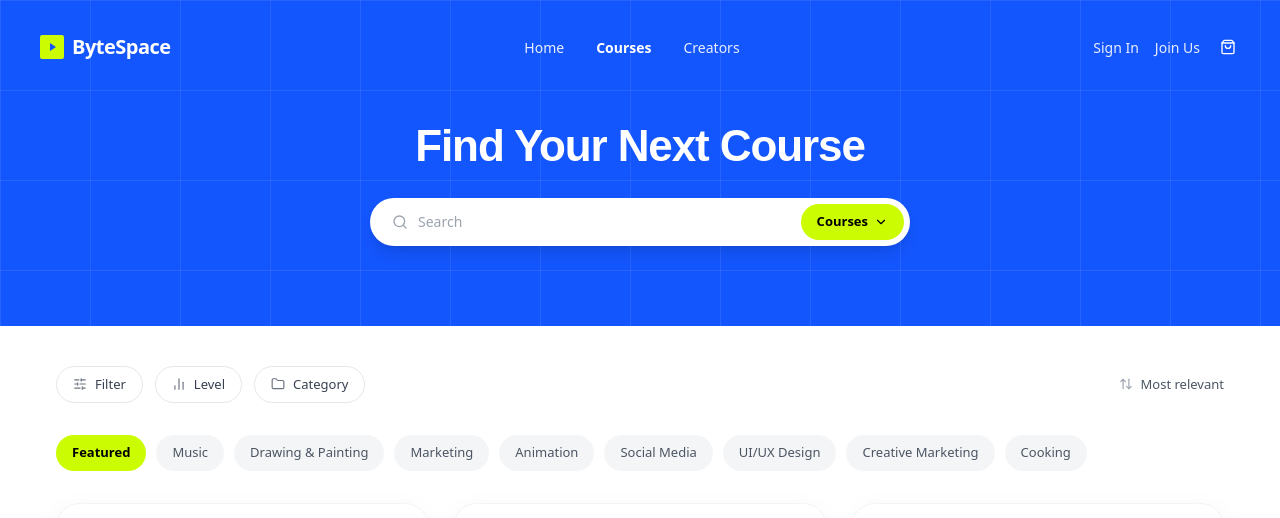
Repository: mdkawsarjomadder/bytespace
Page: /search
The author's editor kept a copy of each file at every save. The page is drawn from the files as they stood at one save, then again after the next save.
The browser window is 1280 px wide. The pictures show the part of the page from y = 0 to 518 px (the page is 2718 px tall before and 2716 px after).
Pictures or frames that could not be fetched are drawn as grey boxes. Some web fonts or font styles are not loaded; a fallback is used. The project was rebuilt for these pictures with package versions that can differ from the ones it lists, and the page was loaded fresh each time. Also part of the build but not shown: vite.config.js, src/components/Navbar.jsx, src/components/Hero.jsx, src/components/CategoryPills.jsx, src/components/CourseGrid.jsx, src/components/LearningPaths.jsx, src/components/GrowthStats.jsx, src/components/CreatorCTA.jsx and 9 more.

Above is the page before, as saved 2026-09-30 16:21:49.

### index.html
<!doctype html>
<html lang="en">
  <head>
    <meta charset="UTF-8" />
    <link rel="icon" type="image/svg+xml" href="/favicon.svg" />
    <meta name="viewport" content="width=device-width, initial-scale=1.0" />
    <title>bytespace</title>
  </head>
  <body>
    <div id="root"></div>
    <script type="module" src="/src/main.jsx"></script>
    <link href="https://api.fontshare.com/v2/css?f[]=satoshi@400,500,700&display=swap" rel="stylesheet">
  </body>
</html>

### src/App.jsx
import React from 'react';
import { BrowserRouter, Routes, Route } from 'react-router-dom';

// Landing Page Components
import Navbar from './components/Navbar';
import Hero from './components/Hero';
import CategoryPills from './components/CategoryPills';
import CourseGrid from './components/CourseGrid';
import LearningPaths from './components/LearningPaths';
import GrowthStats from './components/GrowthStats';
import CreatorCTA from './components/CreatorCTA';
import UnlockCreatorBanner from './components/UnlockCreatorBanner';
import Testimonials from './components/Testimonials';
import Footer from './components/Footer';

// Auth Page
import Register from './auth/Register';
import Login from './auth/Login';

// Pages path
import SearchPage from './pages/SearchPage';
import CourseDetails from './pages/CourseDetails';
import CourseLessons from './pages/CourseLessons';
import CourseReviews from './pages/CourseReviews';
import CreatorProfile from './pages/CreatorProfile';

// Errors path
import NotFound from './Errors/NotFound';

// Full Landing Page Wrapper
const HomePage = () => (
  <div className="min-h-screen bg-white font-sans overflow-x-hidden selection:bg-[#CBFC01] selection:text-black">
    <Navbar />
    <Hero />
    <CategoryPills />
    <CourseGrid />
    <LearningPaths />
    <GrowthStats />
    <CreatorCTA />
    <UnlockCreatorBanner />
    <Testimonials />
    <Footer />
  </div>
);

function App() {
  return (
    <BrowserRouter>
      <Routes>
        {/* Main Landing Page Route */}
        <Route path="/" element={<HomePage />} />

        {/* Courses & Search Routes */}
        <Route path="/search" element={<SearchPage />} />
        <Route path="/courses" element={<CourseDetails />} />
        <Route path="/course-details" element={<CourseDetails />} />
        <Route path="/lessons" element={<CourseLessons />} />
        <Route path="/reviews" element={<CourseReviews />} />

        {/* Creator Routes (দুটিই হ্যান্ডেল করা হলো যাতে /creators বা /creator যেকোনোটি লিখলেই কাজ করে) */}
        <Route path="/creators" element={<CreatorProfile />} />
        <Route path="/creator" element={<CreatorProfile />} />
        <Route path="/creator-profile" element={<CreatorProfile />} />

        {/* Auth Routes */}
        <Route path="/register" element={<Register />} />
        <Route path="/login" element={<Login />} />

        {/* Errors / 404 Page (path="*" দিলে ভুল রুটেও ব্ল্যাঙ্ক পেজ আসবে না, 404 পেজ শো করবে) */}
        <Route path="/404" element={<NotFound />} />
        <Route path="*" element={<NotFound />} />
      </Routes>
    </BrowserRouter>
  );
}

export default App;

### src/pages/SearchPage.jsx
import React, { useState } from 'react';
import { Link } from 'react-router-dom';
import {
  Search,
  ChevronDown,
  SlidersHorizontal,
  BarChart2,
  Folder,
  ArrowUpDown,
  Star,
  ShoppingBag,
  ChevronLeft,
  ChevronRight
} from 'lucide-react';
import Footer from '../components/Footer';

const coursesData = [
  {
    id: 1,
    title: 'Learn Figma from Basic',
    creator: 'purepearl studio',
    rating: 4.5,
    lessons: '17 Lessons',
    duration: '2 hours 16 mins',
    comments: '59 Comments',
    level: 'Beginner',
    price: '$25',
    image: 'https://images.unsplash.com/photo-1581291518857-4e27b48ff24e?auto=format&fit=crop&w=500&q=80',
  },
  {
    id: 2,
    title: 'Build Digital Asset',
    creator: 'purepearl studio',
    rating: 4.5,
    lessons: '17 Lessons',
    duration: '2 hours 16 mins',
    comments: '59 Comments',
    level: 'Beginner',
    price: '$25',
    image: 'https://images.unsplash.com/photo-1507238691740-187a5b1d37b8?auto=format&fit=crop&w=500&q=80',
  },
  {
    id: 3,
    title: 'the Power of Big Data',
    creator: 'purepearl studio',
    rating: 4.5,
    lessons: '17 Lessons',
    duration: '2 hours 16 mins',
    comments: '59 Comments',
    level: 'Beginner',
    price: '$25',
    image: 'https://images.unsplash.com/photo-1551288049-bebda4e38f71?auto=format&fit=crop&w=500&q=80',
  },
  {
    id: 4,
    title: 'Balancing Productivity an...',
    creator: 'purepearl studio',
    rating: 4.5,
    lessons: '17 Lessons',
    duration: '2 hours 16 mins',
    comments: '59 Comments',
    level: 'Beginner',
    price: '$25',
    image: 'https://images.unsplash.com/photo-1498050108023-c5249f4df085?auto=format&fit=crop&w=500&q=80',
  },
  {
    id: 5,
    title: 'Mastering Money Manage...',
    creator: 'purepearl studio',
    rating: 4.5,
    lessons: '17 Lessons',
    duration: '2 hours 16 mins',
    comments: '59 Comments',
    level: 'Beginner',
    price: '$25',
    image: 'https://images.unsplash.com/photo-1554224155-6726b3ff858f?auto=format&fit=crop&w=500&q=80',
  },
  {
    id: 6,
    title: 'From Idea to Startup Succ...',
    creator: 'purepearl studio',
    rating: 4.5,
    lessons: '17 Lessons',
    duration: '2 hours 16 mins',
    comments: '59 Comments',
    level: 'Beginner',
    price: '$25',
    image: 'https://images.unsplash.com/photo-1522071820081-009f0129c71c?auto=format&fit=crop&w=500&q=80',
  },
  {
    id: 7,
    title: 'Learn Figma from Basic',
    creator: 'purepearl studio',
    rating: 4.5,
    lessons: '17 Lessons',
    duration: '2 hours 16 mins',
    comments: '59 Comments',
    level: 'Beginner',
    price: '$25',
    image: 'https://images.unsplash.com/photo-1581291518857-4e27b48ff24e?auto=format&fit=crop&w=500&q=80',
  },
  {
    id: 8,
    title: 'Build Digital Asset',
    creator: 'purepearl studio',
    rating: 4.5,
    lessons: '17 Lessons',
    duration: '2 hours 16 mins',
    comments: '59 Comments',
    level: 'Beginner',
    price: '$25',
    image: 'https://images.unsplash.com/photo-1507238691740-187a5b1d37b8?auto=format&fit=crop&w=500&q=80',
  },
  {
    id: 9,
    title: 'the Power of Big Data',
    creator: 'purepearl studio',
    rating: 4.5,
    lessons: '17 Lessons',
    duration: '2 hours 16 mins',
    comments: '59 Comments',
    level: 'Beginner',
    price: '$25',
    image: 'https://images.unsplash.com/photo-1551288049-bebda4e38f71?auto=format&fit=crop&w=500&q=80',
  },
  {
    id: 10,
    title: 'Balancing Productivity an...',
    creator: 'purepearl studio',
    rating: 4.5,
    lessons: '17 Lessons',
    duration: '2 hours 16 mins',
    comments: '59 Comments',
    level: 'Beginner',
    price: '$25',
    image: 'https://images.unsplash.com/photo-1498050108023-c5249f4df085?auto=format&fit=crop&w=500&q=80',
  },
  {
    id: 11,
    title: 'Mastering Money Manage...',
    creator: 'purepearl studio',
    rating: 4.5,
    lessons: '17 Lessons',
    duration: '2 hours 16 mins',
    comments: '59 Comments',
    level: 'Beginner',
    price: '$25',
    image: 'https://images.unsplash.com/photo-1554224155-6726b3ff858f?auto=format&fit=crop&w=500&q=80',
  },
  {
    id: 12,
    title: 'From Idea to Startup Succ...',
    creator: 'purepearl studio',
    rating: 4.5,
    lessons: '17 Lessons',
    duration: '2 hours 16 mins',
    comments: '59 Comments',
    level: 'Beginner',
    price: '$25',
    image: 'https://images.unsplash.com/photo-1522071820081-009f0129c71c?auto=format&fit=crop&w=500&q=80',
  },
];

const categoryPills = [
  'Featured',
  'Music',
  'Drawing & Painting',
  'Marketing',
  'Animation',
  'Social Media',
  'UI/UX Design',
  'Creative Marketing',
  'Cooking',
];

const SearchPage = () => {
  const [activeCategory, setActiveCategory] = useState('Featured');
  const [currentPage, setCurrentPage] = useState(2); // Figma-e '2' active ache

  return (
    <div className="min-h-screen bg-white font-sans overflow-x-hidden selection:bg-[#CBFC01] selection:text-black">

      {/* ================= 1. BLUE HEADER / HERO SECTION ================= */}
      <section className="relative w-full bg-[#1456fd] text-white pt-6 pb-20 px-4 sm:px-8 overflow-hidden">
        {/* Grid Overlay */}
        <div className="absolute inset-0 bg-[linear-gradient(to_right,#ffffff15_1px,transparent_1px),linear-gradient(to_bottom,#ffffff15_1px,transparent_1px)] bg-[size:90px_90px] pointer-events-none" />

        <div className="relative z-10 max-w-[1200px] mx-auto">
          {/* Top Navbar */}
          <nav className="flex items-center justify-between py-2">
            {/* Logo */}
            <Link to="/" className="flex items-center gap-2">
              <div className="w-6 h-6 bg-[#CBFC01] rounded-sm flex items-center justify-center">
                <div className="w-0 h-0 border-l-[6px] border-l-[#1456fd] border-y-[4px] border-y-transparent ml-0.5" />
              </div>
              <span className="text-[20px] font-bold tracking-tight text-white">
                ByteSpace
              </span>
            </Link>

            {/* Nav Links */}
            <div className="hidden md:flex items-center gap-8 text-[14px] text-white/90">
              <Link to="/" className="hover:text-white transition-colors">Home</Link>
              <Link to="/courses" className="text-white font-semibold">Courses</Link>
              <a href="#creators" className="hover:text-white transition-colors">Creators</a>
            </div>

            {/* Right Buttons */}
            <div className="flex items-center gap-4 text-[14px]">
              <Link to="/login" className="hover:text-white transition-colors text-white/90 font-medium">
                Sign In
              </Link>
              <Link to="/register" className="hover:text-white transition-colors text-white/90 font-medium">
                Join Us
              </Link>
              <button className="text-white hover:text-white/80 transition-colors p-1">
                <ShoppingBag className="w-4 h-4" />
              </button>
            </div>
          </nav>

          {/* Hero Content */}
          <div className="mt-14 text-center flex flex-col items-center">
            <h1 className="text-3xl sm:text-4xl md:text-[44px] font-bold text-white tracking-tight font-['Satoshi',sans-serif]">
              Find Your Next Course
            </h1>

            {/* Search Bar with Dropdown Pill */}
            <div className="mt-8 w-full max-w-[540px] flex items-center bg-white rounded-full p-1.5 shadow-lg">
              <div className="flex items-center gap-2.5 flex-1 pl-4">
                <Search className="w-4 h-4 text-gray-400 shrink-0" />
                <input
                  type="text"
                  placeholder="Search"
                  className="w-full text-gray-800 text-[14px] placeholder-gray-400 focus:outline-none bg-transparent"
                />
              </div>

              {/* Courses Dropdown Button */}
              <button className="flex items-center gap-1.5 bg-[#CBFC01] hover:bg-[#b8e500] text-black text-[13px] font-semibold px-4 py-2 rounded-full transition-colors cursor-pointer">
                <span>Courses</span>
                <ChevronDown className="w-3.5 h-3.5" />
              </button>
            </div>
          </div>
        </div>
      </section>

      {/* ================= 2. FILTER & CONTROLS BAR ================= */}
      <section className="w-full max-w-[1200px] mx-auto px-4 pt-10">

        {/* Top Filter Buttons Row */}
        <div className="flex flex-wrap items-center justify-between gap-4 pb-6">
          <div className="flex items-center gap-3 flex-wrap">
            {/* Filter */}
            <button className="flex items-center gap-2 px-4 py-2 rounded-full border border-gray-200 text-gray-700 text-[13px] font-medium hover:bg-gray-50 transition-colors cursor-pointer">
              <SlidersHorizontal className="w-3.5 h-3.5 text-gray-500" />
              <span>Filter</span>
            </button>

            {/* Level */}
            <button className="flex items-center gap-2 px-4 py-2 rounded-full border border-gray-200 text-gray-700 text-[13px] font-medium hover:bg-gray-50 transition-colors cursor-pointer">
              <BarChart2 className="w-3.5 h-3.5 text-gray-500" />
              <span>Level</span>
            </button>

            {/* Category */}
            <button className="flex items-center gap-2 px-4 py-2 rounded-full border border-gray-200 text-gray-700 text-[13px] font-medium hover:bg-gray-50 transition-colors cursor-pointer">
              <Folder className="w-3.5 h-3.5 text-gray-500" />
              <span>Category</span>
            </button>
          </div>

          {/* Right Sort Dropdown */}
          <button className="flex items-center gap-2 text-gray-600 text-[13px] font-medium hover:text-black transition-colors cursor-pointer">
            <ArrowUpDown className="w-3.5 h-3.5 text-gray-400" />
            <span>Most relevant</span>
          </button>
        </div>

        {/* Category Pills Row */}
        <div className="flex items-center gap-2.5 overflow-x-auto no-scrollbar pb-8 pt-2">
          {categoryPills.map((cat) => (
            <button
              key={cat}
              onClick={() => setActiveCategory(cat)}
              className={`px-4 py-2 rounded-full text-[13px] font-medium whitespace-nowrap transition-all cursor-pointer ${
                activeCategory === cat
                  ? 'bg-[#CBFC01] text-black shadow-xs font-semibold'
                  : 'bg-[#F4F5F7] text-gray-600 hover:bg-gray-200/80'
              }`}
            >
              {cat}
            </button>
          ))}
        </div>

      </section>

      {/* ================= 3. COURSES GRID (3 Columns × 4 Rows = 12 Cards) ================= */}
      <section className="w-full max-w-[1200px] mx-auto px-4 pb-16">
        <div className="grid grid-cols-1 md:grid-cols-2 lg:grid-cols-3 gap-6">
          {coursesData.map((course) => (
            <div
              key={course.id}
              className="bg-white rounded-[24px] p-4 shadow-[0_4px_25px_rgba(0,0,0,0.04)] border border-gray-100 flex flex-col justify-between hover:shadow-lg transition-all duration-300"
            >
              {/* Image & Overlays */}
              <div className="relative w-full h-[200px] rounded-[18px] overflow-hidden bg-gray-100">
                <img
                  src={course.image}
                  alt={course.title}
                  className="w-full h-full object-cover"
                />

                {/* 3 Meta Badges */}
                <div className="absolute bottom-2.5 left-2.5 right-2 flex items-center justify-between text-[10px] font-medium text-gray-800">
                  <span className="bg-white/85 backdrop-blur-md px-2.5 py-1 rounded-full shadow-xs">
                    {course.lessons}
                  </span>
                  <span className="bg-white/85 backdrop-blur-md px-2.5 py-1 rounded-full shadow-xs">
                    {course.duration}
                  </span>
                  <span className="bg-white/85 backdrop-blur-md px-2.5 py-1 rounded-full shadow-xs">
                    {course.comments}
                  </span>
                </div>
              </div>

              {/* Title & Rating */}
              <div className="pt-3">
                <div className="flex items-center justify-between gap-2">
                  <h3 className="text-[17px] font-bold text-gray-900 leading-snug truncate">
                    {course.title}
                  </h3>
                  <div className="flex items-center gap-0.5 text-[12px] font-semibold text-gray-500 shrink-0">
                    <span>{course.rating}</span>
                    <Star className="w-3.5 h-3.5 fill-yellow-400 text-yellow-400" />
                  </div>
                </div>
                <p className="text-[12px] text-gray-400 mt-0.5 font-medium">
                  by {course.creator}
                </p>
              </div>

              {/* Level + Avatars Stack */}
              <div className="pt-3 flex items-center justify-between gap-3 border-t border-gray-100 mt-3">
                {/* Level Badge */}
                <div className="flex items-center gap-1.5 bg-[#F4F5F7] px-3 py-1.5 rounded-full text-gray-700 text-[12px] font-medium">
                  <BarChart2 className="w-3.5 h-3.5 text-gray-500" />
                  <span>{course.level}</span>
                </div>

                {/* Avatars Stack (with Yellow/Lime 26+ Badge) */}
                <div className="flex items-center -space-x-2">
                  <img className="w-6 h-6 rounded-full border-2 border-white object-cover" src="https://images.unsplash.com/photo-1570295999919-56ceb5ecca61?auto=format&fit=crop&w=64&q=80" alt="avatar" />
                  <img className="w-6 h-6 rounded-full border-2 border-white object-cover" src="https://images.unsplash.com/photo-1534528741775-53994a69daeb?auto=format&fit=crop&w=64&q=80" alt="avatar" />
                  <img className="w-6 h-6 rounded-full border-2 border-white object-cover" src="https://images.unsplash.com/photo-1494790108377-be9c29b29330?auto=format&fit=crop&w=64&q=80" alt="avatar" />
                  <img className="w-6 h-6 rounded-full border-2 border-white object-cover" src="https://images.unsplash.com/photo-1507003211169-0a1dd7228f2d?auto=format&fit=crop&w=64&q=80" alt="avatar" />
                  <div className="w-6 h-6 rounded-full bg-[#CBFC01] border-2 border-white flex items-center justify-center text-[9px] font-bold text-black">
                    26+
                  </div>
                </div>
              </div>

              {/* Price */}
              <div className="mt-2.5 flex items-baseline gap-1">
                <span className="text-[20px] font-bold text-[#1456fd]">{course.price}</span>
                <span className="text-[11px] text-gray-400 font-normal">/lifetime</span>
              </div>
            </div>
          ))}
        </div>

        {/* ================= 4. PAGINATION CONTROLS ================= */}
        <div className="mt-14 flex items-center justify-center gap-2">
          {/* Prev Arrow */}
          <button
            disabled={currentPage === 1}
            onClick={() => setCurrentPage((p) => Math.max(1, p - 1))}
            className="w-10 h-10 rounded-full border border-gray-200 flex items-center justify-center text-gray-600 hover:bg-gray-50 transition-colors disabled:opacity-40 cursor-pointer"
          >
            <ChevronLeft className="w-4 h-4" />
          </button>

          {/* Numbers 1, 2, 3, 4, 5 */}
          {[1, 2, 3, 4, 5].map((num) => (
            <button
              key={num}
              onClick={() => setCurrentPage(num)}
              className={`w-9 h-9 rounded-full text-[14px] font-medium transition-colors cursor-pointer ${
                currentPage === num
                  ? 'font-bold text-black'
                  : 'text-gray-500 hover:text-black'
              }`}
            >
              {num}
            </button>
          ))}

          {/* Next Arrow */}
          <button
            disabled={currentPage === 5}
            onClick={() => setCurrentPage((p) => Math.min(5, p + 1))}
            className="w-10 h-10 rounded-full border border-gray-200 flex items-center justify-center text-gray-600 hover:bg-gray-50 transition-colors disabled:opacity-40 cursor-pointer"
          >
            <ChevronRight className="w-4 h-4" />
          </button>
        </div>

      </section>

      {/* ================= 5. FOOTER ================= */}
      <Footer />

    </div>
  );
};

export default SearchPage;

Loaded but not shown: src/main.jsx (common file); src/index.css (common file); tailwind.config.js (common file); src/components/Footer.jsx (155 lines, source omitted)

After the next save:
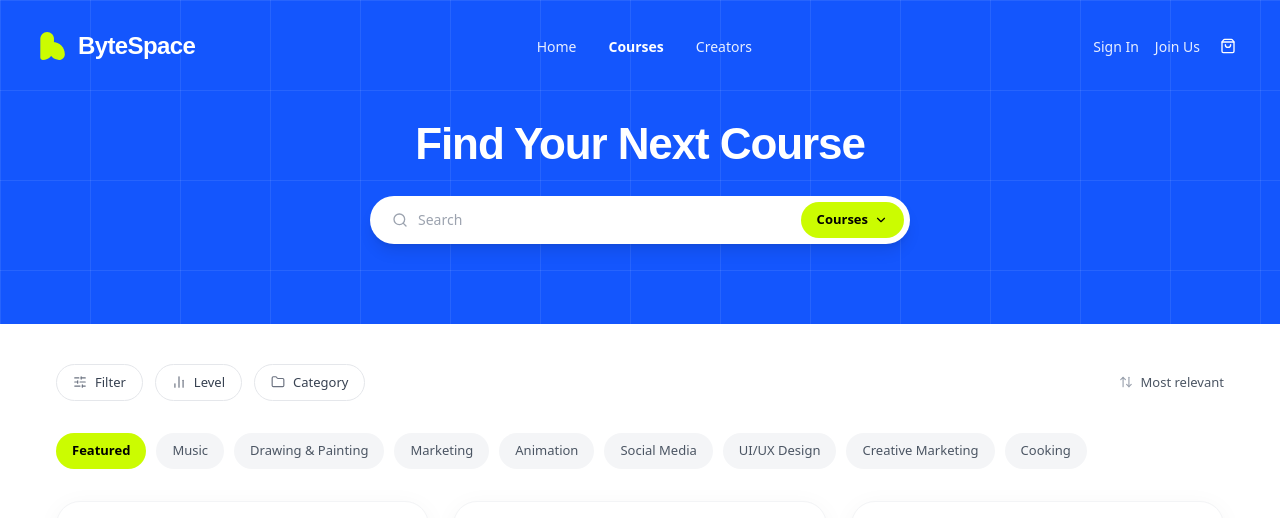
Saved 4 min 7 s later.
--- a/src/pages/SearchPage.jsx
+++ b/src/pages/SearchPage.jsx
@@ -185,65 +185,82 @@ const SearchPage = () => {
         {/* Grid Overlay */}
         <div className="absolute inset-0 bg-[linear-gradient(to_right,#ffffff15_1px,transparent_1px),linear-gradient(to_bottom,#ffffff15_1px,transparent_1px)] bg-[size:90px_90px] pointer-events-none" />
 
-        <div className="relative z-10 max-w-[1200px] mx-auto">
-          {/* Top Navbar */}
-          <nav className="flex items-center justify-between py-2">
-            {/* Logo */}
-            <Link to="/" className="flex items-center gap-2">
-              <div className="w-6 h-6 bg-[#CBFC01] rounded-sm flex items-center justify-center">
-                <div className="w-0 h-0 border-l-[6px] border-l-[#1456fd] border-y-[4px] border-y-transparent ml-0.5" />
-              </div>
-              <span className="text-[20px] font-bold tracking-tight text-white">
-                ByteSpace
-              </span>
-            </Link>
-
-            {/* Nav Links */}
-            <div className="hidden md:flex items-center gap-8 text-[14px] text-white/90">
-              <Link to="/" className="hover:text-white transition-colors">Home</Link>
-              <Link to="/courses" className="text-white font-semibold">Courses</Link>
-              <a href="#creators" className="hover:text-white transition-colors">Creators</a>
-            </div>
-
-            {/* Right Buttons */}
-            <div className="flex items-center gap-4 text-[14px]">
-              <Link to="/login" className="hover:text-white transition-colors text-white/90 font-medium">
-                Sign In
-              </Link>
-              <Link to="/register" className="hover:text-white transition-colors text-white/90 font-medium">
-                Join Us
-              </Link>
-              <button className="text-white hover:text-white/80 transition-colors p-1">
-                <ShoppingBag className="w-4 h-4" />
-              </button>
-            </div>
-          </nav>
-
-          {/* Hero Content */}
-          <div className="mt-14 text-center flex flex-col items-center">
-            <h1 className="text-3xl sm:text-4xl md:text-[44px] font-bold text-white tracking-tight font-['Satoshi',sans-serif]">
-              Find Your Next Course
-            </h1>
-
-            {/* Search Bar with Dropdown Pill */}
-            <div className="mt-8 w-full max-w-[540px] flex items-center bg-white rounded-full p-1.5 shadow-lg">
-              <div className="flex items-center gap-2.5 flex-1 pl-4">
-                <Search className="w-4 h-4 text-gray-400 shrink-0" />
-                <input
-                  type="text"
-                  placeholder="Search"
-                  className="w-full text-gray-800 text-[14px] placeholder-gray-400 focus:outline-none bg-transparent"
-                />
-              </div>
-
-              {/* Courses Dropdown Button */}
-              <button className="flex items-center gap-1.5 bg-[#CBFC01] hover:bg-[#b8e500] text-black text-[13px] font-semibold px-4 py-2 rounded-full transition-colors cursor-pointer">
-                <span>Courses</span>
-                <ChevronDown className="w-3.5 h-3.5" />
-              </button>
-            </div>
-          </div>
-        </div>
+      <div className="relative z-10 max-w-[1200px] mx-auto">
+  {/* Top Navbar */}
+  <nav className="flex items-center justify-between py-2">
+
+    {/* Logo (Custom 'b' Vector Mark + ByteSpace Text) */}
+    <Link to="/" className="flex items-center gap-3 cursor-pointer select-none group">
+      <div className="w-[26px] h-[28px] shrink-0">
+        <svg
+          viewBox="0 0 29 32"
+          fill="none"
+          xmlns="http://www.w3.org/2000/svg"
+          className="w-full h-full"
+        >
+          {/* Left Stem Leaf Shape */}
+          <path
+            d="M0 7.8C0 3.5 3.5 0 7.8 0C12.1 0 15.6 3.5 15.6 7.8V19.2C15.6 26.2 9.9 31.9 2.9 31.9C1.3 31.9 0 30.6 0 29V7.8Z"
+            fill="#CBFC01"
+          />
+          {/* Right Bowl Petal Shape */}
+          <path
+            d="M14.2 11.5C21.8 11.5 28 17.7 28 25.3C28 28.9 25.1 31.9 21.4 31.9C15.2 31.9 10.2 26.9 10.2 20.7C10.2 15.6 14.2 11.5 14.2 11.5Z"
+            fill="#CBFC01"
+          />
+        </svg>
+      </div>
+      <span className="text-[24px] font-black tracking-tight text-white leading-none font-['Satoshi',sans-serif]">
+        ByteSpace
+      </span>
+    </Link>
+
+    {/* Nav Links */}
+    <div className="hidden md:flex items-center gap-8 text-[14px] text-white/90">
+      <Link to="/" className="hover:text-white transition-colors">Home</Link>
+      <Link to="/courses" className="text-white font-semibold">Courses</Link>
+      <Link to="/creators" className="hover:text-white transition-colors">Creators</Link>
+    </div>
+
+    {/* Right Buttons */}
+    <div className="flex items-center gap-4 text-[14px]">
+      <Link to="/login" className="hover:text-white transition-colors text-white/90 font-medium">
+        Sign In
+      </Link>
+      <Link to="/register" className="hover:text-white transition-colors text-white/90 font-medium">
+        Join Us
+      </Link>
+      <button className="text-white hover:text-white/80 transition-colors p-1 cursor-pointer">
+        <ShoppingBag className="w-4 h-4" />
+      </button>
+    </div>
+  </nav>
+
+  {/* Hero Content */}
+  <div className="mt-14 text-center flex flex-col items-center">
+    <h1 className="text-3xl sm:text-4xl md:text-[44px] font-bold text-white tracking-tight font-['Satoshi',sans-serif]">
+      Find Your Next Course
+    </h1>
+
+    {/* Search Bar with Dropdown Pill */}
+    <div className="mt-8 w-full max-w-[540px] flex items-center bg-white rounded-full p-1.5 shadow-lg">
+      <div className="flex items-center gap-2.5 flex-1 pl-4">
+        <Search className="w-4 h-4 text-gray-400 shrink-0" />
+        <input
+          type="text"
+          placeholder="Search"
+          className="w-full text-gray-800 text-[14px] placeholder-gray-400 focus:outline-none bg-transparent"
+        />
+      </div>
+
+      {/* Courses Dropdown Button */}
+      <button className="flex items-center gap-1.5 bg-[#CBFC01] hover:bg-[#b8e500] text-black text-[13px] font-semibold px-4 py-2 rounded-full transition-colors cursor-pointer">
+        <span>Courses</span>
+        <ChevronDown className="w-3.5 h-3.5" />
+      </button>
+    </div>
+  </div>
+</div>
       </section>
 
       {/* ================= 2. FILTER & CONTROLS BAR ================= */}
